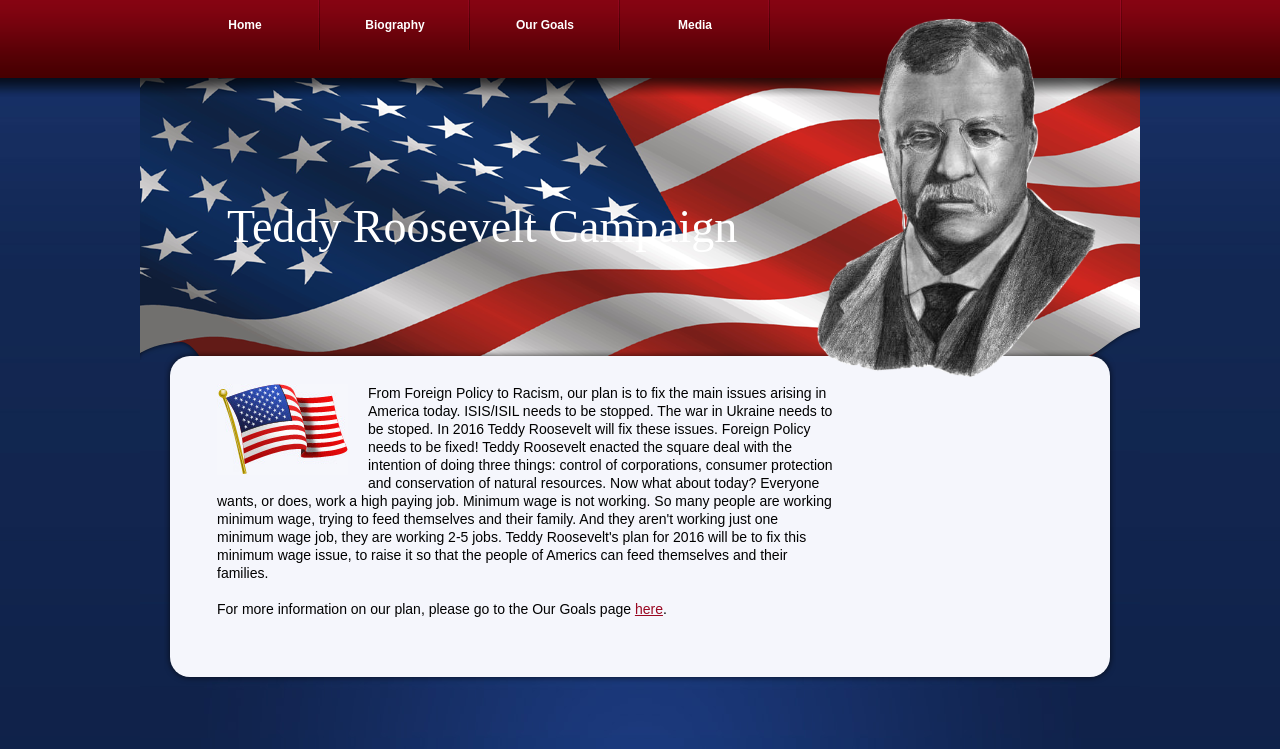
Repository: teddyroosevelt618/teddyroosevelt618.github.io
Page: index.html
The author's editor kept a record of every edit. The page is drawn from the files as they stood at one moment, then again after the next edit.
The browser window is 1280 px wide. The pictures show the whole page.

Above is the page before.

### index.html
<!DOCTYPE html>
<html lang="en">
<head>
<title>Teddy Roosevelt Campaign</title>
<meta charset="utf-8">
<link rel="stylesheet" href="css/reset.css" type="text/css" media="all">
<link rel="stylesheet" href="css/layout.css" type="text/css" media="all">
<link rel="stylesheet" href="css/style.css" type="text/css" media="all">
<script type="text/javascript" src="js/jquery-1.4.2.js" ></script>
<!--[if lt IE 9]>
<script type="text/javascript" src="js/ie6_script_other.js"></script>
<script type="text/javascript" src="js/html5.js"></script>
<![endif]-->
</head>
<body id="page1">
<!-- START PAGE SOURCE -->
<div class="body2">
  <div class="body7">
    <div class="body3">
      <div class="body4">
        <div class="main">
          <div class="body1"></div>
            <header>
            <div id="wrap">
              <!-- Wraps all the buttons -->
		<ul class="navbar">
			<li><a href="index.html">Home</a>
			</li>
			<li><a href="Biography.html">Biography</a>
			</li>
			<li><a href="Goals.html">Our Goals</a>
				<ul>
				   <li><a href="Goals.html#fp">Foreign Policy</a></li>
				   <li><a href="Goals.html#j">Jobs</a></li>
				   <li><a href="Goals.html#c">Conservation</a></li>
				   <li><a href="Goals.html#d">Legalizing Cannabis</a></li>
				   <li><a href="Goals.html#t">Trust-Busting</a></li>
				   <li><a href="Goals.html#r">Combating Racism</a></li>

				</ul>
			</li>
			<li><a href="Media.html">Media</a>
			</li>
		  </ul>
	    </div>
	  <h1><a href="#" id="logo">Teddy Roosevelt Campaign</a></h1>
          </header>
          <section id="content">
            <div class="wrapper">
              <div class="box_shadow">
                <div class="box">
                  <div class="wrapper">
                    <div class="pad_right2">
                      <div class="wrapper pad_bot1">
                        <!--
                        <div id="center">
                        <div id="cp_widget_250d5d4e-7a85-409d-a9c4-81dd3ddc9951">...</div><script type="text/javascript">
var cpo = []; cpo["_object"] ="cp_widget_250d5d4e-7a85-409d-a9c4-81dd3ddc9951"; cpo["_fid"] = "AoKAfJsVUlQh";
var _cpmp = _cpmp || []; _cpmp.push(cpo);
(function() { var cp = document.createElement("script"); cp.type = "text/javascript";
cp.async = true; cp.src = "//www.cincopa.com/media-platform/runtime/libasync.js";
var c = document.getElementsByTagName("script")[0];
c.parentNode.insertBefore(cp, c); })(); </script><noscript>Powered by Cincopa <a href='http://www.cincopa.com/video-hosting'>Video Hosting for Business</a> solution.<span>New Gallery 2014/12/3</span><span>originaldate</span><span> 1/1/0001 6:00:00 AM</span><span>width</span><span> 311</span><span>height</span><span> 162</span><span>originaldate</span><span> 1/1/0001 6:00:00 AM</span><span>width</span><span> 599</span><span>height</span><span> 469</span><span>originaldate</span><span> 1/1/0001 6:00:00 AM</span><span>width</span><span> 605</span><span>height</span><span> 412</span></noscript>
                        </div>
                        -->
                        <figure class="left marg_right1"><img src="images/page1_img1.jpg" alt=""></figure>
                        <p>From Foreign Policy to Racism, our plan is to fix the main issues arising in America today.
                        ISIS/ISIL needs to be stopped. The war in Ukraine needs to be stoped. In 2016 Teddy Roosevelt will fix these issues.
                        Foreign Policy needs to be fixed! Teddy Roosevelt enacted the square deal with the intention of doing three things:
                        control of corporations, consumer protection and conservation of natural resources. Now what about today?
                        Everyone wants, or does, work a high paying job. Minimum wage is not working. So many people are working minimum wage,
                       	trying to feed themselves and their family. And they aren't working just one minimum wage job, they are working 2-5 jobs.
                       	Teddy Roosevelt's plan for 2016 will be to fix this minimum wage issue, to raise it so that the people of Americs can feed themselves and their families.
                       	</p>
                       	<p>
                       		For more information on our plan, please go to the Our Goals page <a href="Goals.html">here</a>.
                        </p>

                    </div>
                    </div>
                  </div>
                </div>
              </div>
            </div>

          </section>
        </div>
      </div>
    </div>
  </div>
</div>
<footer>
  <!-- Blank Footer -->
</footer>
</body>
</html>

### css/reset.css
a, abbr, acronym, address, applet, article, aside, audio, b, blockquote, big, body, center, canvas, caption, cite, code, command, datalist, dd, del, details, dfn, dl, div, dt, em, embed, fieldset, figcaption, figure, font, footer, form, h1, h2, h3, h4, h5, h6, header, hgroup, html, i, iframe, img, ins, kbd, keygen, label, legend, li, meter, nav, object, ol, output, p, pre, progress, q, s, samp, section, small, span, source, strike, strong, sub, sup, table, tbody, tfoot, thead, th, tr, tdvideo, tt, u, ul, var {
	background:transparent;
	border:0 none;
	font-size:100%;
	margin:0;
	padding:0;
	border:0;
	outline:0;
	vertical-align:top;
}
ol, ul {
	list-style:none;
}
blockquote, q {
	quotes:none;
}
table, table td {
	padding:0;
	border:none;
	border-collapse:collapse;
}
img {
	vertical-align:top;
}
embed {
	vertical-align:top;
}
* {
	border:none;
}

### css/layout.css
.col1, .col2, .col3, .cols {
	float:left;
}
.cols {
	width:243px;
}
.col1 {
	width:475px;
}
.col2 {
	width:305px;
}
#page1 h1 {
	padding:56px 0 0 22px;
}
#page1 header {
	height: 350px;
}
#page1 .body1 {
	background:url(../images/TR_burned.png) no-repeat;
	width:308px;
	height:492px;
}
#page1 .pad_right {
	padding-right:270px;
}
#page3 .col1 {
	width:845px;
}
#page4 .col1 {
	width:845px;
}
#page5 .cols {
	width:70px;
}
#page5 .col2 {
	width:200px;
}
#page5 .col1 {
	width:565px;
}

### css/style.css
article, aside, audio, canvas, command, datalist, details, embed, figcaption, figure, footer, header, hgroup, keygen, meter, nav, output, progress, section, source, video, wrap, center{
	display:block;
}
mark, rp, rt, ruby, summary, time {
	display:inline;
}
.left {
	float:left;
}
.right {
	float:right;
}
.wrapper {
	width:100%;
	overflow:hidden;
}
body {
	background:#16316b;
	border:0;
	font:14px Arial, Helvetica, sans-serif;
	color:#b8bfcb;
	line-height:18px;
}
.inner_copy, .inner_copy a {
	border:0;
	float:right;
	background:#fff;
	color:#f00;
	width:50%;
	line-height:10px;
	font-size:10px;
	margin:-220% 0 0 0;
	overflow:hidden;
	padding:0;
}
.css3 {
	border-radius:8px;
	-moz-border-radius:8px;
	-webkit-border-radius:8px;
	box-shadow:0 0 4px rgba(0, 0, 0, .4);
	-moz-box-shadow:0 0 4px rgba(0, 0, 0, .4);
	-webkit-box-shadow:0 0 4px rgba(0, 0, 0, .4);
	behavior:url(../js/PIE.htc);
	position:relative;
}
.main {
	margin:0 auto;
	width:952px;
	position:relative;
}
.body1 {
	background:url(../images/TR_burned.png) no-repeat;
	width:262px;
	height:397px;
	position:absolute;
	top:0;
	right:6px;
	z-index:2;
}
.body2 {
	background:url(../images/bg_cont.jpg) bottom repeat-x #1b3b7b;
}
.body3 {
	background:url(../images/bg_flag.png) center 70px no-repeat;
}
.body4 {
	background:url(../images/bg_top.png) top repeat-x;
}
.body7 {
	background:url(../images/bg_bot.jpg) bottom center no-repeat;
}
a {
	color:#fff;
	text-decoration:underline;
	outline:none;
}
a:hover {
	text-decoration:none;
}
h1 {
	padding:36px 0 0 22px;
}
h2 {
	font:28px "Times New Roman", Times, serif;
	color:#fff;
	line-height:36px;
	padding:3px 0 14px 0;
	letter-spacing:-1px;
}
p {
	padding-bottom:18px;
}
header {
	width:100%;
	overflow:hidden;
	height:350px;
	padding:0 6px;
}
header h1, #page1 header h1 {
	margin:56px 0 0 57px;
	padding:0;
}
header h1 a#logo {
	text-decoration:none;
	font:46px "Times New Roman", Times, serif;
	margin: 4;
	padding: 26px 0 0 0;
}
header h1 a#logo:hover{
	text-decoration:none;
	font:46px "Times New Roman", Times, serif;
	margin: 4;
	background: transparent;

}
/* Main Navigation */

/* Main Navigation */

#wrap	{
	width: 100%; /* Spans the width of the page */
	height: 144px;
	margin: 0; /* Ensures there is no space between sides of the screen and the menu */
	z-index: 99; /* Makes sure that your menu remains on top of other page elements */
	position: relative;
	background:url(../images/menu_line.jpg) right top no-repeat;
	}

.navbar	{
	height: 50px;
        padding: 0;
	margin: 0;
	position: absolute; /* Ensures that the menu doesn’t affect other elements */
	//border-right: 1px solid #54879d;
	}

.navbar li 	{
			height: auto;
			width: 150px;  /* Each menu item is 150px wide */
			float: left;  /* This lines up the menu items horizontally */
			text-align: center;  /* All text is placed in the center of the box */
			list-style: none;  /* Removes the default styling (bullets) for the list */
			font: normal bold 12px/1.2em Arial, Verdana, Helvetica;
			padding: 0;
			margin: 0;
			background:url(../images/menu_line.jpg) right no-repeat;
                        }

.navbar a	{
		padding: 18px 0;  /* Adds a padding on the top and bottom so the text appears centered vertically */
		border-left: 1px //solid #61030b; /* Creates a border in a slightly lighter shade of blue than the background.  Combined with the right border, this creates a nice effect. */
		border-right: 1px //solid #3b0004; /* Creates a border in a slightly darker shade of blue than the background.  Combined with the left border, this creates a nice effect. */
		text-decoration: none;  /* Removes the default hyperlink styling. */
		color: white; /* Text color is white */
		display: block;
		}

.navbar li:hover, a:hover {background-color: #3362F5;}

.navbar li ul 	{
		display: none;  /* Hides the drop-down menu */
		height: auto;
		margin: 0; /* Aligns drop-down box underneath the menu item */
		padding: 0; /* Aligns drop-down box underneath the menu item */
		}

.navbar li:hover ul 	{
                        display: block; /* Displays the drop-down box when the menu item is hovered over */
                        }

 .navbar li ul li {background: #3362F5;}

 .navbar li ul li a 	{
		border-left: //1px solid #990000;
		border-right: //1px solid #1f5065;
		border-top: //1px solid #74a3b7;
		border-bottom: //1px solid #1f5065;
		}

.navbar li ul li a:hover	{background-color: #690206}

header nav {
	width:100%;
	overflow:hidden;
	position:relative;
	z-index:3;
}

#menu {
	float:left;
	padding-left:2px;
	background:url(../images/menu_line.jpg) 0 0 no-repeat;
}
#menu li {
	float:left;
	background:url(../images/menu_line.jpg) right top no-repeat;
	padding-right:2px;
}
#menu li ul {
	float:left;
	background:url(../images/menu_line.jpg) right top no-repeat;
	padding-right:2px;
}
#menu li a {
	display:block;
	width:138px;
	font:20px "Times New Roman", Times, serif;
	line-height:78px;
	text-decoration:none;
	text-align:center;
}
#menu li a:hover, #menu #menu_active a {
	background:url(../images/menu_active.jpg) top repeat-x;
}
#content {
	width:100%;
	overflow:hidden;
	padding-bottom:42px;
}
#menu ul {
	background:url(../images/menu_line.jpg) right top no-repeat;
	list-style: none;
	position: relative;
	display: inline-table;
}
#menu li ul a {
	padding:10px 25px;
	color:#616161;
	text-shadow:1px 1px 0px #fff;
	text-decoration:none;
	display:inline-block;
	border-right:1px solid #fff;
	border-left:1px solid #C2C2C2;
	border-top:1px solid #fff;
	background: #f5f5f5;

	-webkit-transition:color 0.2s linear, background 0.2s linear;
	-moz-transition:color 0.2s linear, background 0.2s linear;
	-o-transition:color 0.2s linear, background 0.2s linear;
	transition:color 0.2s linear, background 0.2s linear;
}

#menu li ul a:hover {
	background:#f8f8f8;
	color:#282828;
}

#menu li ul a.first {
	border-left: 0 none;
}

#menu li ul a.last {
	border-right: 0 none;
}

#menu li ul li:hover > a {
	background:#fff;
}

#menu li ul:after {
	content: ""; clear: both; display: block;
}

.box_shadow {
	margin:6px 6px 30px 6px;
}
.box {
	background:#f5f6fc;
	border-radius:20px;
	-moz-border-radius:20px;
	-webkit-border-radius:20px;
	box-shadow:0 0 6px rgba(0, 0, 0, .7);
	-moz-box-shadow:0 0 6px rgba(0, 0, 0, .7);
	-webkit-box-shadow:0 0 6px rgba(0, 0, 0, .7);
	behavior:url(../js/PIE.htc);
	position:relative;
	padding:28px 43px 23px 47px;
	color:#000;
}
.box h2 {
	color:#9a0822;
}
.box .font1 {
	color:#000;
}
.box a {
	color:#9a0822;
}
.box .line1 {
	background:url(../images/line_ver2.gif) 269px 0 repeat-y;
}
.box .line2 {
	background:url(../images/line_ver2.gif) 572px 0 repeat-y;
}
.box .list1 li a {
	background:url(../images/marker_2.gif) 0 0 no-repeat;
}
.pad_right {
	padding-right:230px;
}
.centered {
  /* bring your own prefixes */
  top: 50%;
  left: 50%;
  margin-top: -50px;
  margin-left: -1000px;
  position: fixed;
}
.pad_right2 {
	padding-right:230px;
	margin-left: auto;
	margin-right: auto;

}
.marg_right1 {
	margin-right:20px;
}
.pad_bot1 {
	padding-bottom:18px;
}
.pad_left1 {
	padding-left:60px;
}
.pad_left2 {
	padding-left:53px;
}
.pad_left3 {
	padding-left:70px;
}
.font1 {
	color:#fff;
	font-weight:bold;
	padding-bottom:6px;
}
.line1 {
	background:url(../images/line_ver1.gif) 565px 0 repeat-y;
}
.line2 {
	background:url(../images/line_ver1.gif) 395px 0 repeat-y;
}
.line3 {
	background:url(../images/line_ver1.gif) 288px 0 repeat-y;
}
.list1 li {
	line-height:20px;
}
.list1 li a {
	padding-left:20px;
	background:url(../images/marker_1.gif) 0 0px no-repeat;
}
#ContactForm {
	line-height:21px;
}
#ContactForm a {
	margin-left:22px;
	margin-right:7px;
	float:right;
	font-weight:bold;
}
#ContactForm .input {
	float:right;
	width:304px;
	height:15px;
	border:1px solid #dcdde2;
	background:#fff;
	padding:2px 5px;
	margin-bottom:9px;
	color:#000;
	font:12px Arial, Helvetica, sans-serif;
	margin-right:436px;
}
#ContactForm textarea {
	overflow:auto;
	margin-right:7px;
	float:right;
	width:733px;
	height:136px;
	border:1px solid #dcdde2;
	background:#fff;
	padding:2px 5px;
	margin-bottom:9px;
	color:#000;
	font:12px Arial, Helvetica, sans-serif;
}
footer {
	background:url(../images/bg_footer_repeat.gif) top repeat-x;
}
.footerlink {
	position:relative;
	margin:0 auto;
	width:952px;
	height:38px;
	padding:26px 0 0 0;
	color:#c1c8d3;
	background:url(../images/bg_footer.jpg) top center no-repeat blue;
}
.footerlink p {
	margin:0;
	padding:0;
	line-height:normal;
	white-space:nowrap;
	text-indent:inherit;
	color:#c1c8d3;
}
.footerlink a {
	color:#c1c8d3;
	font-weight:normal;
	margin:0;
	padding:0;
	border:none;
	text-decoration:underline;
	background-color:transparent;
}
.footerlink a:hover {
	color:#c1c8d3;
	background-color:transparent;
	text-decoration:none;
}
.footerlink .lf {
	float:left;
	margin-left:55px;
}
.footerlink .rf {
	float:right;
	margin-right:55px;
}
a {
	outline:none;
}

Loaded but not shown: js/jquery-1.4.2.js (library)

After the next edit:
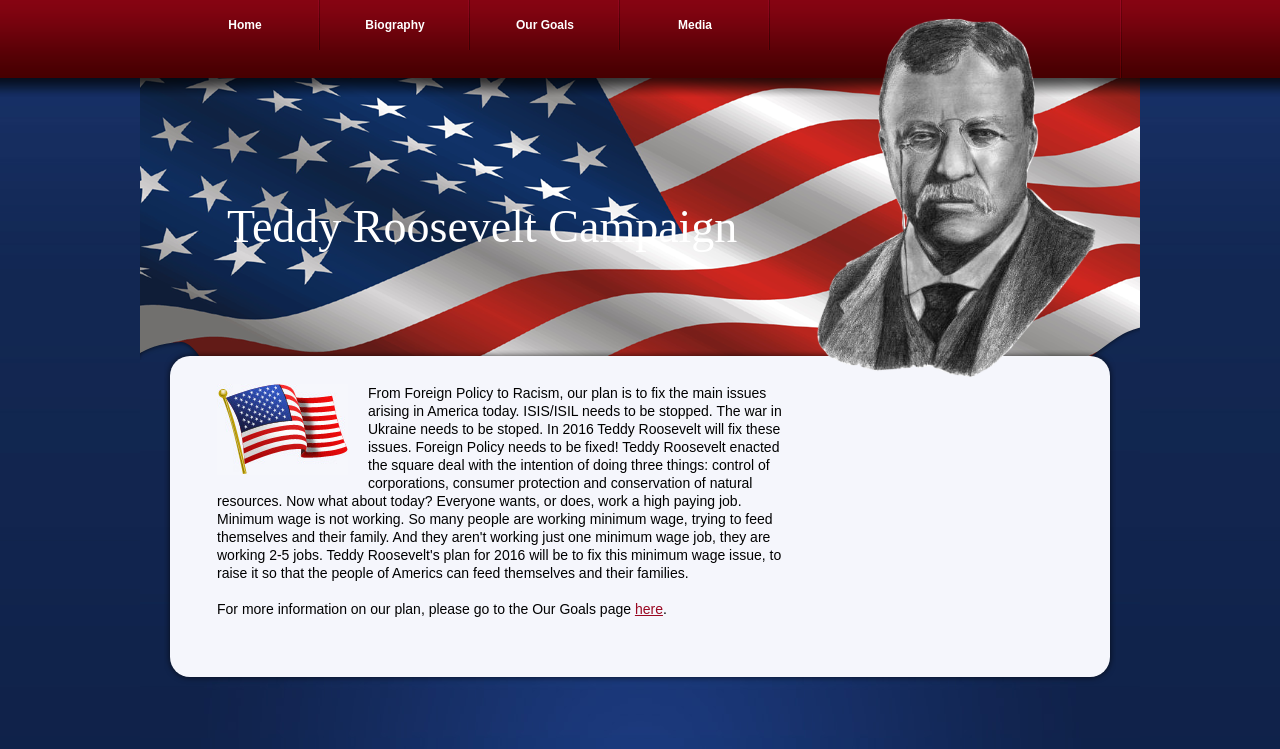
The edit:
--- a/index.html
+++ b/index.html
@@ -50,7 +50,7 @@
               <div class="box_shadow">
                 <div class="box">
                   <div class="wrapper">
-                    <div class="pad_right2">
+                    <div class="pad_right">
                       <div class="wrapper pad_bot1">
                         <!--
                         <div id="center">
